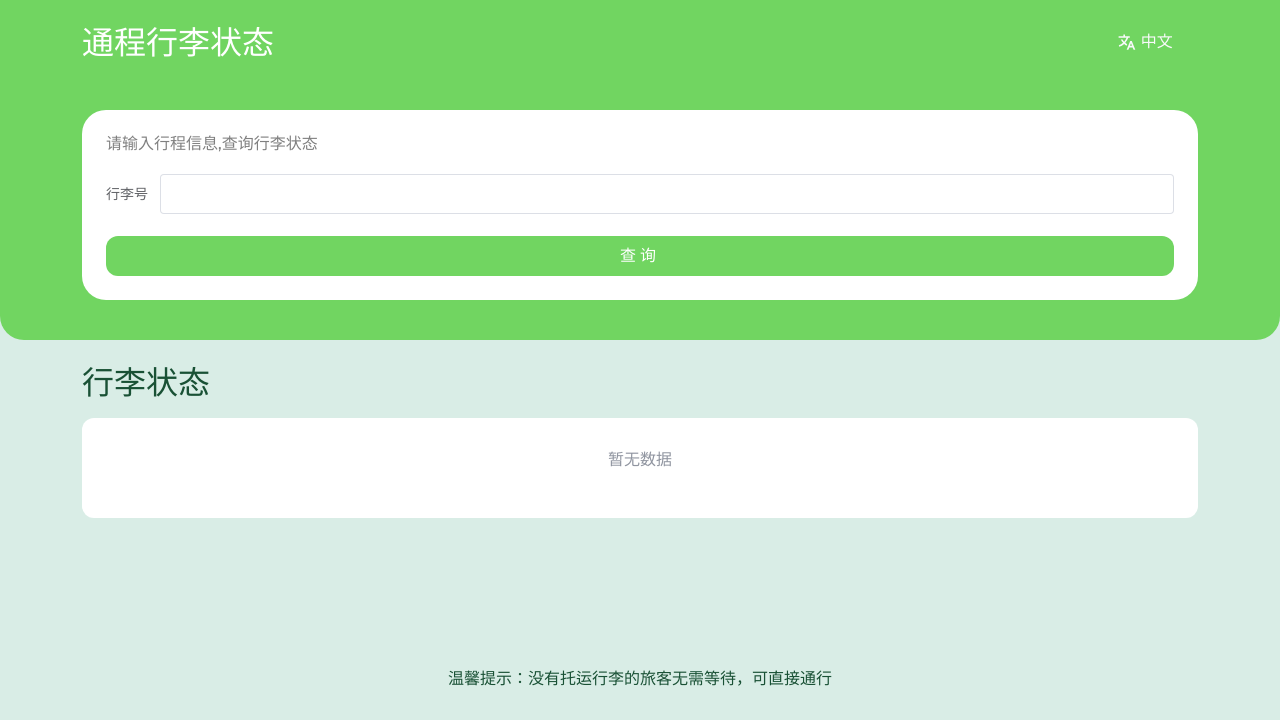
Repository: jhonMacTavish/through-baggage-web
Page: /
An editor plug-in stored every save of this project. The page is shown before and after the next save, followed by the edit.
The browser window is 1280 px wide. The pictures show the whole page.
The project was rebuilt for these pictures with package versions that can differ from the ones it lists, and the page was loaded fresh each time. Also part of the build but not shown: vite.config.js, src/components/Main copy.vue, src/components/Main.vue, src/components/NavBar.vue, src/components/Scanner.vue, src/views/Scanner.vue. Imported but missing from the stored project, and not drawn on this page: src/assets/icons/GlobeIcon.vue, src/assets/icons/LogoIcon.vue, src/assets/icons/ProfileIcon.vue, src/assets/icons/QuestionIcon.vue.

Above is the page before, as saved 2025-02-28 12:15:52.

### index.html
<!--
 * @Author: error: error: git config user.name & please set dead value or install git && error: git config user.email & please set dead value or install git & please set dead value or install git
 * @Date: 2025-02-23 17:18:54
 * @LastEditors: jhon.mactavish96 jhon.mactavish96@gmail.com
 * @LastEditTime: 2025-02-26 14:51:23
 * @FilePath: \through_baggage_webt:\Projects\VS Code\vue-bootstrap-master\index.html
 * @Description: 这是默认设置,请设置`customMade`, 打开koroFileHeader查看配置 进行设置: https://github.com/OBKoro1/koro1FileHeader/wiki/%E9%85%8D%E7%BD%AE
-->
<!doctype html>
<html lang="en">
  <head>
    <meta charset="UTF-8" />
    <!-- <link rel="icon" type="image/svg+xml" href="/vite.svg" /> -->
    <meta name="viewport" content="width=device-width, initial-scale=1.0, maximum-scale=1.0 user-scalable=0" />
    <title>through baggage web</title>
  </head>
  <body>
    <div id="app" style="min-width: 375px;"></div>
    <script type="module" src="/src/main.js"></script>
  </body>
</html>

### src/main.js
/*
 * @Author: error: error: git config user.name & please set dead value or install git && error: git config user.email & please set dead value or install git & please set dead value or install git
 * @Date: 2025-02-23 17:18:54
 * @LastEditors: jhon.mactavish96 jhon.mactavish96@gmail.com
 * @LastEditTime: 2025-02-24 20:18:29
 * @FilePath: \through_baggage_webt:\Projects\VS Code\vue-bootstrap-master\src\main.js
 * @Description: 这是默认设置,请设置`customMade`, 打开koroFileHeader查看配置 进行设置: https://github.com/OBKoro1/koro1FileHeader/wiki/%E9%85%8D%E7%BD%AE
 */
import { createApp } from 'vue';
import router from './router';
// import PrimeVue from 'primevue/config';
// import AnimateOnScroll from 'primevue/animateonscroll';

// Import all of Bootstrap's CSS
import "bootstrap/dist/css/bootstrap.css";
// import 'primevue/resources/themes/aura-light-green/theme.css'
import './style.css';
import App from './App.vue';
import i18n from './i18n';


const app = createApp(App);

app.use(i18n);
app.use(router)
// app.use(PrimeVue);
// app.directive('animateonscroll', AnimateOnScroll);
app.mount('#app');

import 'bootstrap/dist/js/bootstrap';

### src/router/index.js
/*
 * @Author: jhon.mactavish96 jhon.mactavish96@gmail.com
 * @Date: 2025-02-24 19:48:52
 * @LastEditors: jhon.mactavish96 jhon.mactavish96@gmail.com
 * @LastEditTime: 2025-02-24 20:41:52
 * @FilePath: \sheepnavigationt:\Projects\VS Code\vue-bootstrap-master\src\router\index.js
 * @Description: 这是默认设置,请设置`customMade`, 打开koroFileHeader查看配置 进行设置: https://github.com/OBKoro1/koro1FileHeader/wiki/%E9%85%8D%E7%BD%AE
 */
import { createRouter, createWebHistory } from 'vue-router'
// 导入组件
import Home from '../views/Home.vue'
import Scanner from '../views/Scanner.vue'

const routes = [
  { path: '/', name: 'Home', component: Home, meta: { keepAlive: true} },
  { path: '/scanner', name: 'Scanner', component: Scanner, meta: { keepAlive: false} }
]

const router = createRouter({
  history: createWebHistory(),
  routes,
})

export default router

### src/style.css
@import url('https://fonts.googleapis.com/css2?family=Montserrat:ital,wght@0,100..900;1,100..900&display=swap');

* {
  margin: 0;
  padding: 0;
  box-sizing: border-box;
}

body {
    font-family: "Montserrat", sans-serif;
    background-color: #D9EDE6;
}

#app{
  position: relative;
  height: 100vh;
}

### src/App.vue
<!--
 * @Author: error: error: git config user.name & please set dead value or install git && error: git config user.email & please set dead value or install git & please set dead value or install git
 * @Date: 2025-02-23 17:18:54
 * @LastEditors: jhon.mactavish96 jhon.mactavish96@gmail.com
 * @LastEditTime: 2025-02-24 20:18:56
 * @FilePath: \through_baggage_webt:\Projects\VS Code\vue-bootstrap-master\src\App.vue
 * @Description: 这是默认设置,请设置`customMade`, 打开koroFileHeader查看配置 进行设置: https://github.com/OBKoro1/koro1FileHeader/wiki/%E9%85%8D%E7%BD%AE
-->
<script setup>
import Home from "./views/Home.vue";
</script>

<template>
    <router-view></router-view>
</template>

<style scoped></style>

### src/i18n/index.js
/*
 * @Author: error: error: git config user.name & please set dead value or install git && error: git config user.email & please set dead value or install git & please set dead value or install git
 * @Date: 2025-02-24 00:19:55
 * @LastEditors: error: error: git config user.name & please set dead value or install git && error: git config user.email & please set dead value or install git & please set dead value or install git
 * @LastEditTime: 2025-02-24 00:49:13
 * @FilePath: \through_baggage_webt:\Projects\VS Code\vue-bootstrap-master\src\i18n\index.js
 * @Description: 这是默认设置,请设置`customMade`, 打开koroFileHeader查看配置 进行设置: https://github.com/OBKoro1/koro1FileHeader/wiki/%E9%85%8D%E7%BD%AE
 */
import { createI18n } from 'vue-i18n';
import messages from './messages';

const i18n = createI18n({
    legacy: false,
    locale: localStorage.getItem('lang') || 'zh',
    messages,
});

export default i18n;

### src/views/Home.vue
<!--
 * @Author: error: error: git config user.name & please set dead value or install git && error: git config user.email & please set dead value or install git & please set dead value or install git
 * @Date: 2025-02-23 20:06:20
 * @LastEditors: john_mactavish 981192661@qq.com
 * @LastEditTime: 2025-02-28 12:15:52
 * @FilePath: \through_baggage_webt:\Projects\VS Code\vue-bootstrap-master\src\components\Main.vue
 * @Description: 这是默认设置,请设置`customMade`, 打开koroFileHeader查看配置 进行设置: https://github.com/OBKoro1/koro1FileHeader/wiki/%E9%85%8D%E7%BD%AE
-->
<template>
  <section class="p-4 pb-3 bg-green">
    <div class="container d-flex justify-content-between align-items-center">
      <!-- <h2 class="text-center text-white" :style="`font-size: ${locale == 'en'? '16px': ''}`" >{{$t('messages.prompText.pageTitle')}}</h2> -->
      <h2 v-if="locale == 'zh'" class="text-center text-white">
        {{ $t("messages.prompText.pageTitle") }}
      </h2>
      <h6 v-else class="text-center text-white">
        {{ $t("messages.prompText.pageTitle") }}
      </h6>
      <div class="select-group">
        <el-dropdown size="large" trigger="click" style="margin: 2px 0 0 4px; font-size: 16px">
          <span class="el-dropdown-link text-light">
            <svg data-v-f414ea64="" viewBox="0 0 24 24" width="1.2em" height="1.2em">
              <path fill="currentColor"
                d="m18.5 10l4.4 11h-2.155l-1.201-3h-4.09l-1.199 3h-2.154L16.5 10h2zM10 2v2h6v2h-1.968a18.222 18.222 0 0 1-3.62 6.301a14.864 14.864 0 0 0 2.336 1.707l-.751 1.878A17.015 17.015 0 0 1 9 13.725a16.676 16.676 0 0 1-6.201 3.548l-.536-1.929a14.7 14.7 0 0 0 5.327-3.042A18.078 18.078 0 0 1 4.767 8h2.24A16.032 16.032 0 0 0 9 10.877a16.165 16.165 0 0 0 2.91-4.876L2 6V4h6V2h2zm7.5 10.885L16.253 16h2.492L17.5 12.885z">
              </path>
            </svg>
            {{ $t(`messages.langs.${locale}`) }}
            <el-icon class="el-icon--right">
              <i-ep-Arrow-down />
            </el-icon>
          </span>
          <template #dropdown>
            <el-dropdown-menu>
              <el-dropdown-item @click="changeLang('zh')">中文</el-dropdown-item>
              <el-dropdown-item @click="changeLang('en')">English</el-dropdown-item>
            </el-dropdown-menu>
          </template>
        </el-dropdown>
      </div>
    </div>
  </section>

  <section class="p-4 bg-green rd-form">
    <div class="container">
      <div class="p-4 form-bg">
        <h6 class="form-title">{{ $t("messages.userText.formTitle") }}</h6>
        <el-form ref="ruleFormRef" :model="ruleForm" status-icon :rules="rules" label-width="auto">
          <!-- <el-form-item
            class="item-marginBt"
            size="large"
            :label="$t('messages.userText.formInfo.passportNo')"
            prop="pptNo"
          >
            <el-input
              v-model="ruleForm.pptNo"
              maxlength="9"
              :formatter="(value) => value.toUpperCase()"
            >
              <template #prefix>
                <i-ep-Postcard />
              </template>
            </el-input>
          </el-form-item>
          <el-form-item
            class="item-marginBt"
            size="large"
            :label="$t('messages.userText.formInfo.flightNo')"
            prop="fltNo"
          >
            <el-input
              v-model="ruleForm.fltNo"
              maxlength="6"
              :formatter="(value) => value.toUpperCase()"
            >
              <template #prefix>
                <i-ep-Calendar />
              </template>
            </el-input>
          </el-form-item>
          <el-form-item
            class="item-marginBt"
            size="large"
            :label="$t('messages.userText.formInfo.seatNo')"
            prop="setNo"
          >
            <el-input
              v-model="ruleForm.setNo"
              maxlength="4"
              :formatter="(value) => value.toUpperCase()"
            >
              <template #prefix>
                <i-ep-PriceTag />
              </template>
            </el-input>
          </el-form-item> -->
          <el-form-item class="item-marginBt" size="large" :label="$t('messages.userText.formInfo.baggageNo')"
            prop="bagNo">
            <el-input v-model="ruleForm.bagNo" maxlength="10" :formatter="(value) => value.toUpperCase()">
              <template #prefix>
                <i-ep-Suitcase />
              </template>
              <template #suffix>
                <i-ep-FullScreen @click="openScan" />
              </template>
            </el-input>
          </el-form-item>
          <el-form-item size="large">
            <el-button :class="`w-100 submitBtn`" :disabled="clickable" @click="submitForm(ruleFormRef)"
              @keyup.enter.native="submitForm(ruleFormRef)">
              <text :style="`
    letter-spacing: ${locale == 'zh' ? '4px' : ''};`">{{ $t("messages.userText.formButton") }} {{ !clickable ? '' : `
                ${secondes} s` }}</text>
            </el-button>
          </el-form-item>
        </el-form>
      </div>
    </div>
  </section>

  <section class="p-4 flex1">
    <div class="container">
      <h2 v-if="locale == 'zh'" class="info-title mb-3">
        {{ $t("messages.baggageText.stateTitle") }}
      </h2>
      <h6 v-else class="info-title mb-3">
        {{ $t("messages.baggageText.stateTitle") }}
      </h6>
      <div class="info-content p-4 d-flex justify-content-center align-items-center">
        <p :class="`text-center ${bagStyle}`">
          {{ $t(`messages.baggageText.stateInfo.${bagStat}.str1`) }}<br /><span class="attention">{{
            $t(`messages.baggageText.stateInfo.${bagStat}.str2`) }}</span>
        </p>
      </div>
    </div>
  </section>

  <footer class="p-4 text-center w-100">
    <div class="container">
      <h6>{{ $t("messages.prompText.pageFooter") }}</h6>
    </div>
  </footer>
  <!-- <Scanner/> -->
</template>

<script lang="ts" setup>
// import Scanner from "./Scanner.vue";
import { useRoute, useRouter } from "vue-router";
import { onBeforeMount, onMounted, reactive, ref } from "vue";
import type { FormInstance, FormRules } from "element-plus";
import axios from "axios";
import { useI18n } from "vue-i18n";
import { watch } from 'vue';
// 在调用 ElMessage 的组件中添加样式导入
import 'element-plus/es/components/message/style/css'
import { ElMessage } from 'element-plus'

const route = useRoute();
const router = useRouter();
const { locale, t } = useI18n();
const ruleFormRef = ref<FormInstance>();
const bagStat = ref(0);
const bagStyle = ref("");
const clickable = ref(false);
const secondes = ref(5);
let timer = ref(0);

const changeLang = (type: string) => {
  console.log(type);
  locale.value = type;
  localStorage.setItem("lang", type);

  rules.pptNo[0].validator = createValidator(
    /^[G|E|P|S|D|C]\d{8}$/,
    t("messages.userText.validateText.passportNo")
  );
  rules.fltNo[0].validator = createValidator(
    /^[A-Z]{2}\d{3,4}$/,
    t("messages.userText.validateText.flightNo")
  );
  rules.setNo[0].validator = createValidator(
    /^\d{1,3}[A-Z]$/,
    t("messages.userText.validateText.seatNo")
  );
  rules.bagNo[0].validator = createValidator(
    /^\d{10}$/,
    t("messages.userText.validateText.baggageNo")
  );
};

// 表单验证规则
const createValidator = (pattern: RegExp, errorMsg: string) => {
  return (_rule: any, value: string, callback: any) => {
    if (!pattern.test(value)) {
      callback(new Error(errorMsg));
    } else {
      callback();
    }
  };
};

const ruleForm = reactive({
  pptNo: "",
  fltNo: "",
  setNo: "",
  bagNo: "",
});

const rules: FormRules<typeof ruleForm> = {
  pptNo: [
    {
      validator: createValidator(
        /^[G|E|P|S|D|C]\d{8}$/,
        t("messages.userText.validateText.passportNo")
      ),
      trigger: "blur",
    },
  ],
  fltNo: [
    {
      validator: createValidator(
        /^[A-Z]{2}\d{3,4}$/,
        t("messages.userText.validateText.flightNo")
      ),
      trigger: "blur",
    },
  ],
  setNo: [
    {
      validator: createValidator(
        /^\d{1,3}[A-Z]$/,
        t("messages.userText.validateText.seatNo")
      ),
      trigger: "blur",
    },
  ],
  bagNo: [
    {
      validator: createValidator(
        /^\d{10}$/,
        t("messages.userText.validateText.baggageNo")
      ),
      trigger: "blur",
    },
  ],
};

const btnClickable = () => {
  clickable.value = true;

  timer.value = setInterval(() => {
    secondes.value -= 1;

    if (secondes.value === 0) {
      clickable.value = false;
      secondes.value = 5;
      clearInterval(timer.value);
    }
  }, 1000);
}

const submitForm = async (formEl: FormInstance | undefined) => {
  if (!formEl) return;
  try {
    const valid = await formEl.validate();
    if (valid) {
      const { bagNo } = ruleForm;
      const params = { bagNo };
      btnClickable();

      await axios.get("/api/baggages/status", { params }).then((res) => {
        console.log(res.data);
        const data = res.data;

        if (data.status === 200) {
          const status = data.data;
          switch (status.baggageusStatus) {
            case 'SAFE':
              bagStat.value = 1;
              break;
            case 'NO_BAGGAGE':
              bagStat.value = 2;
              break;
            case 'NO_RESULT':
              bagStat.value = 3;
              break;
            case 'PROCESSING':
              bagStat.value = 4;
              break;
            default:
              break;
          }

          switch (status.passStatus) {
            case 'PASS':
              bagStyle.value = "pass";
              break;
            case 'WAIT':
              bagStyle.value = "wait";
              break;
            default:
              break;
          }
        } else {
          bagStyle.value = "wait";
          bagStat.value = 5;
        }
      });
    }
  } catch (error) {
    console.log("axios failed");
    console.log('错误详情:', error);
    ElMessage.error('server error');
  }
};

const openScan = () => {
  console.log("openScan");
  router.push('/scanner');
};

watch(
  () => route.query.bagNo,
  (newVal) => {
    if (newVal) ruleForm.bagNo = newVal as string;
  }
);

onBeforeMount(() => { });

onMounted(() => {
  console.log(route.query.bagNo);
  if (route.query.bagNo) {
    ruleForm.bagNo = route.query.bagNo as string;
  }
});
</script>

<style lang="less" scoped>
.pass {
  color: #71d561;
}

.wait {
  color: #f5a623;
}

.bg-green {
  background-color: #71d561;
}

.rd-form {
  padding-bottom: 40px !important;
  border-bottom-left-radius: 24px;
  border-bottom-right-radius: 24px;
}

.item-marginBt {
  // margin-bottom: 20px;
}

.el-form-item:last-child {
  margin: 0;
}

.form-bg {
  background-color: white;
  border-radius: 24px;

  .form-title {
    color: gray;
    margin-bottom: 20px;
  }
}

.submitBtn {
  border-radius: 12px;
  color: white;
  background-color: #71d561;
  border: none;

  text {
    font-size: 16px;
  }
}

.info-title {
  color: #195135;
  // font-size: 24px;
}

.info-content {
  width: 100%;
  height: 100px;
  border-radius: 12px;
  font-size: 16px;
  color: #9095a0;
  background-color: white;

  .attention {
    font-size: 24px;
    font-weight: bold;
  }
}

.select-group {
  position: relative;
  top: -4px;
  color: white;
  // font-weight: bold;
  // top: 20px;
  // right: 0;
}

.flex1 {
  flex: 1;
}

footer {
  position: absolute;
  bottom: 0;
  color: #195135;
}
</style>

### src/i18n/messages.js
/*
 * @Author: error: error: git config user.name & please set dead value or install git && error: git config user.email & please set dead value or install git & please set dead value or install git
 * @Date: 2025-02-24 00:48:16
 * @LastEditors: error: error: git config user.name & please set dead value or install git && error: git config user.email & please set dead value or install git & please set dead value or install git
 * @LastEditTime: 2025-02-24 01:03:11
 * @FilePath: \through_baggage_webt:\Projects\VS Code\vue-bootstrap-master\src\i18n\messages.js
 * @Description: 这是默认设置,请设置`customMade`, 打开koroFileHeader查看配置 进行设置: https://github.com/OBKoro1/koro1FileHeader/wiki/%E9%85%8D%E7%BD%AE
 */
import zh from './langs/zh';
import en from './langs/en';

export default {
    zh,
    en,
};

### src/i18n/langs/zh.js
/*
 * @Author: error: error: git config user.name & please set dead value or install git && error: git config user.email & please set dead value or install git & please set dead value or install git
 * @Date: 2025-02-24 00:23:07
 * @LastEditors: jhon.mactavish96 jhon.mactavish96@gmail.com
 * @LastEditTime: 2025-02-26 17:30:40
 * @FilePath: \through_baggage_webt:\Projects\VS Code\vue-bootstrap-master\src\i18n\langs\zh.js
 * @Description: 这是默认设置,请设置`customMade`, 打开koroFileHeader查看配置 进行设置: https://github.com/OBKoro1/koro1FileHeader/wiki/%E9%85%8D%E7%BD%AE
 */
export default {
  messages: {
    langs: {
      en: "English",
      zh: "中文",
    },

    prompText: {
      switchLang: "切换语言",
      pageTitle: "通程行李状态",
      pageFooter: "温馨提示：没有托运行李的旅客无需等待，可直接通行",
    },

    baggageText: {
      stateTitle: "行李状态",
      stateInfo: {
        0: { str1: "暂无数据", str2: "" },
        1: { str1: "您的行李已确认安全，", str2: "请通行" },
        2: { str1: "您没有托运行李，", str2: "请通行" },
        3: { str1: "请联系航空公司工作人员协助处理", str2: "" },
        4: { str1: "您的行李尚未完全通过检查，", str2: "请耐心等待" },
        5: { str1: "未查询到行李信息，\n请核实条码号是否正确", str2: "" },
      },
    },

    userText: {
      formTitle: "请输入行程信息,查询行李状态",
      formInfo: {
        passportNo: "护照号",
        flightNo: "航班号",
        seatNo: "座位号",
        baggageNo: "行李号"
      },
      validateText: {
        passportNo: "请输入正确的护照号",
        flightNo: "请输入正确的航班号",
        seatNo: "请输入正确的座位号",
        baggageNo: "请输入正确的行李号"
      },
      formButton: "查询",
    },
  },
};

Loaded but not shown: src/i18n/langs/en.js (51 lines, source omitted)

After the next save:
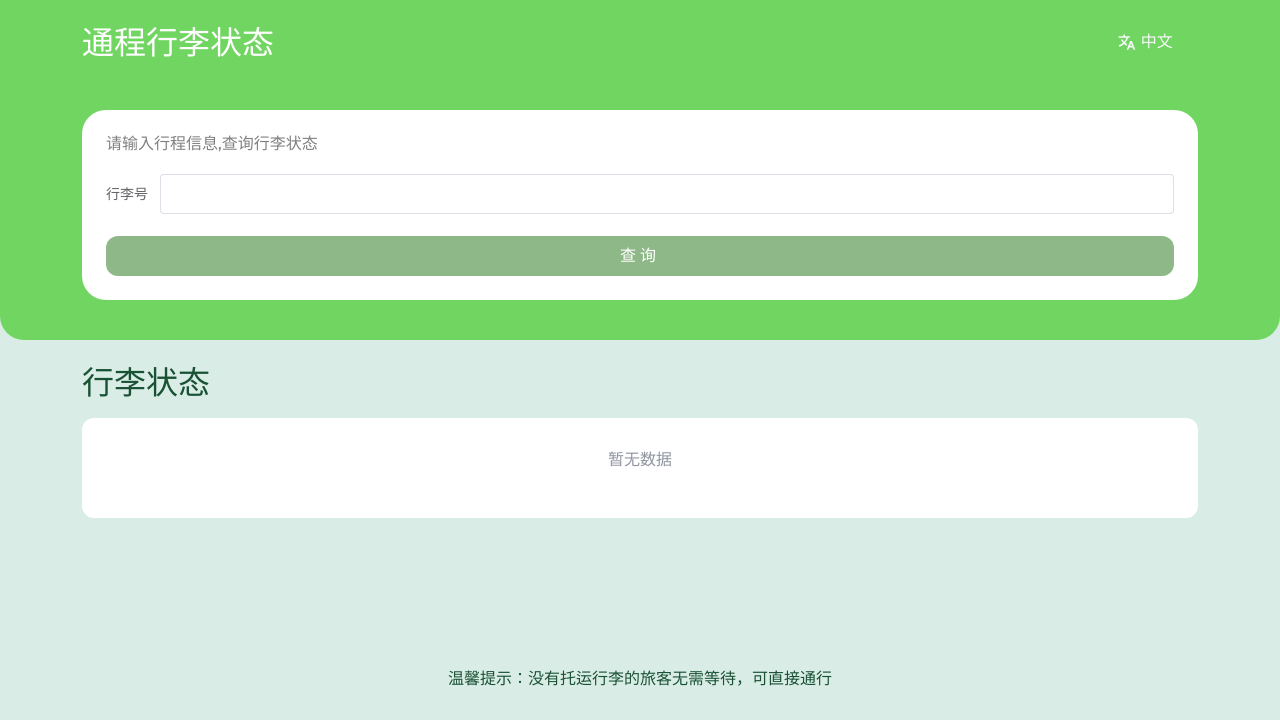
Saved 86 s later.
--- a/src/views/Home.vue
+++ b/src/views/Home.vue
@@ -2,7 +2,7 @@
  * @Author: error: error: git config user.name & please set dead value or install git && error: git config user.email & please set dead value or install git & please set dead value or install git
  * @Date: 2025-02-23 20:06:20
  * @LastEditors: john_mactavish 981192661@qq.com
- * @LastEditTime: 2025-02-28 12:15:52
+ * @LastEditTime: 2025-02-28 12:17:18
  * @FilePath: \through_baggage_webt:\Projects\VS Code\vue-bootstrap-master\src\components\Main.vue
  * @Description: 这是默认设置,请设置`customMade`, 打开koroFileHeader查看配置 进行设置: https://github.com/OBKoro1/koro1FileHeader/wiki/%E9%85%8D%E7%BD%AE
 -->
@@ -105,7 +105,7 @@
             </el-input>
           </el-form-item>
           <el-form-item size="large">
-            <el-button :class="`w-100 submitBtn`" :disabled="clickable" @click="submitForm(ruleFormRef)"
+            <el-button :class="`w-100 submitBtn disabled`" :disabled="clickable" @click="submitForm(ruleFormRef)"
               @keyup.enter.native="submitForm(ruleFormRef)">
               <text :style="`
     letter-spacing: ${locale == 'zh' ? '4px' : ''};`">{{ $t("messages.userText.formButton") }} {{ !clickable ? '' : `
@@ -383,6 +383,10 @@
   }
 }
 
+.disabled{
+  background-color: #8fb888;
+}
+
 .info-title {
   color: #195135;
   // font-size: 24px;

After the save that followed:
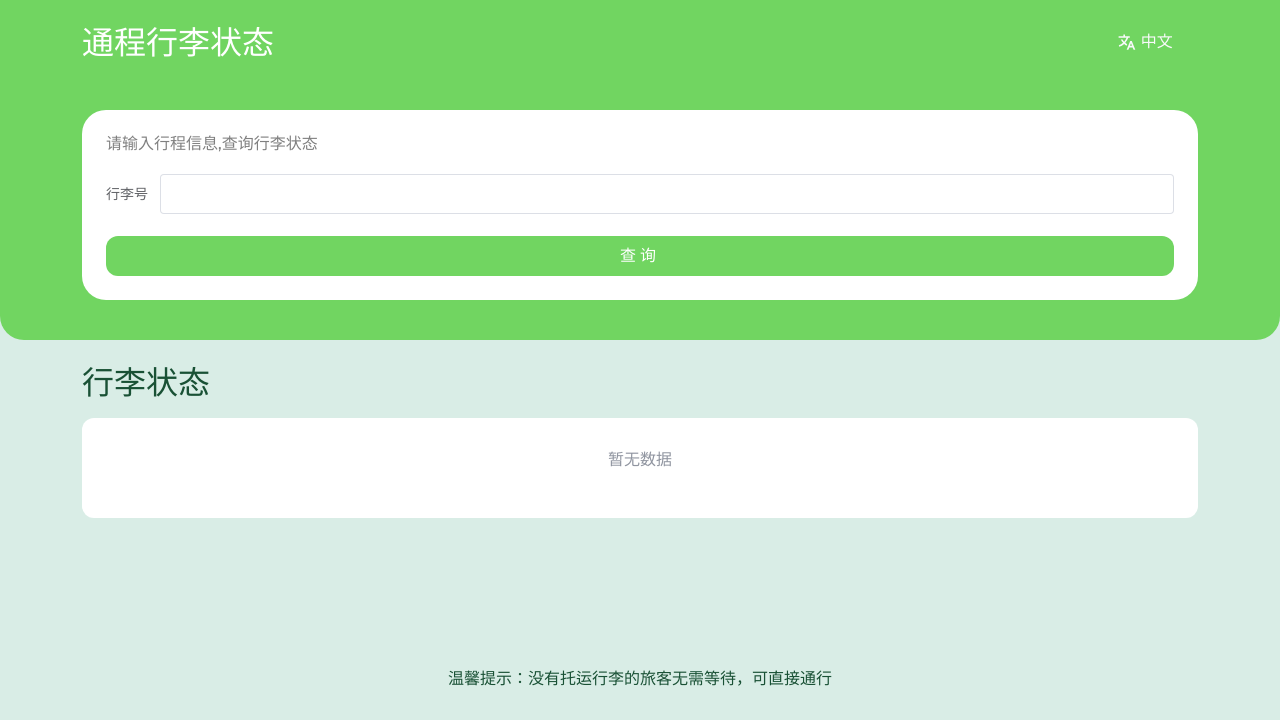
Saved 30 s later.
--- a/src/views/Home.vue
+++ b/src/views/Home.vue
@@ -105,7 +105,7 @@
             </el-input>
           </el-form-item>
           <el-form-item size="large">
-            <el-button :class="`w-100 submitBtn disabled`" :disabled="clickable" @click="submitForm(ruleFormRef)"
+            <el-button :class="`w-100 submitBtn ${clickable?'disabled':''}`" :disabled="clickable" @click="submitForm(ruleFormRef)"
               @keyup.enter.native="submitForm(ruleFormRef)">
               <text :style="`
     letter-spacing: ${locale == 'zh' ? '4px' : ''};`">{{ $t("messages.userText.formButton") }} {{ !clickable ? '' : `
